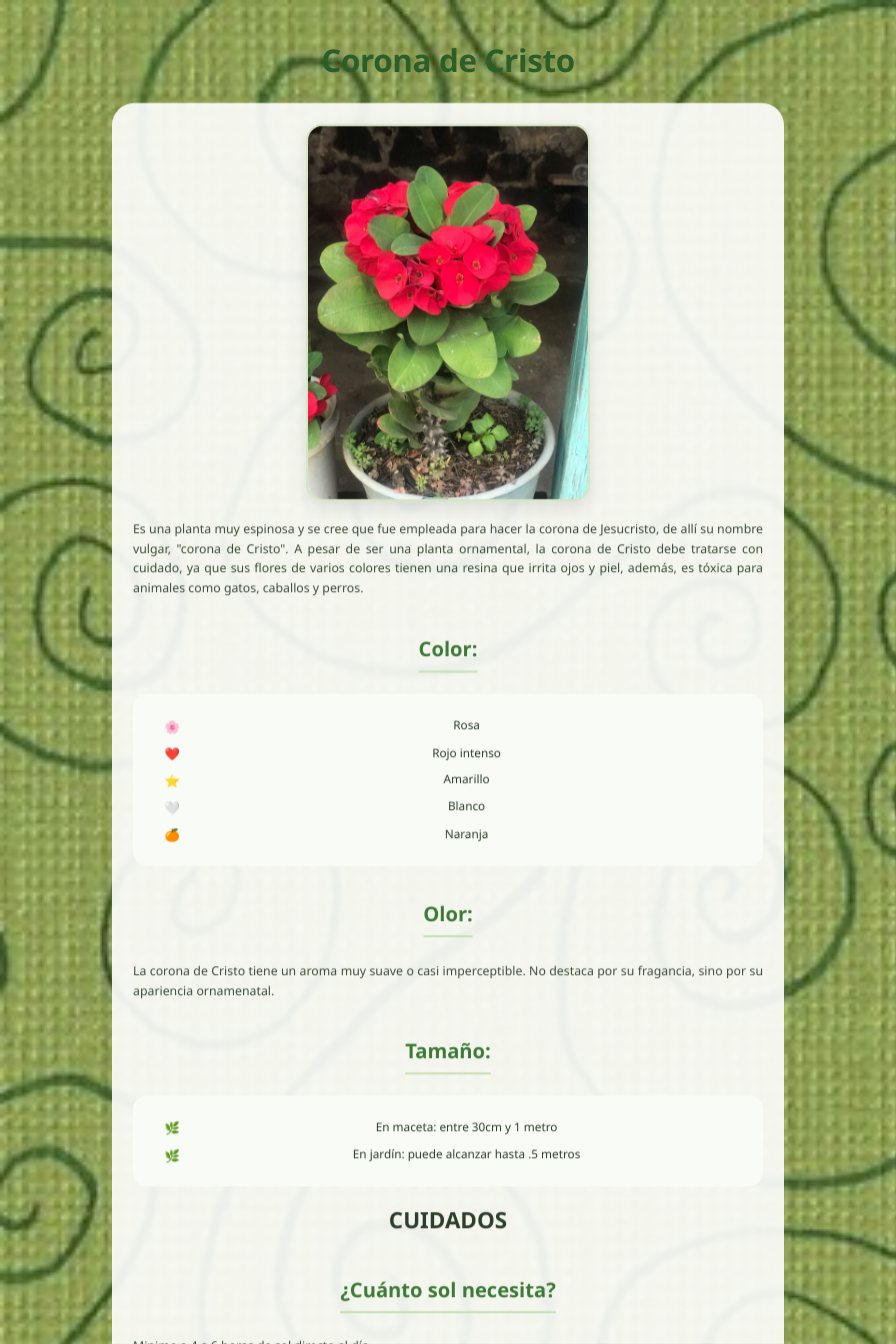
Repository: carrascokarencb37-afk/Nuura
Page: html/guiaPlant/planta1.html
The author's editor kept a copy of each file at every save. The page is drawn from the files as they stood at one save, then again after the next save.
The browser window is 1280 px wide. The pictures show the part of the page from y = 0 to 1920 px (the page is 3442 px tall), at 70% of full size.

Above is the page before, as saved 2026-05-22 23:16:17.

After the next save:
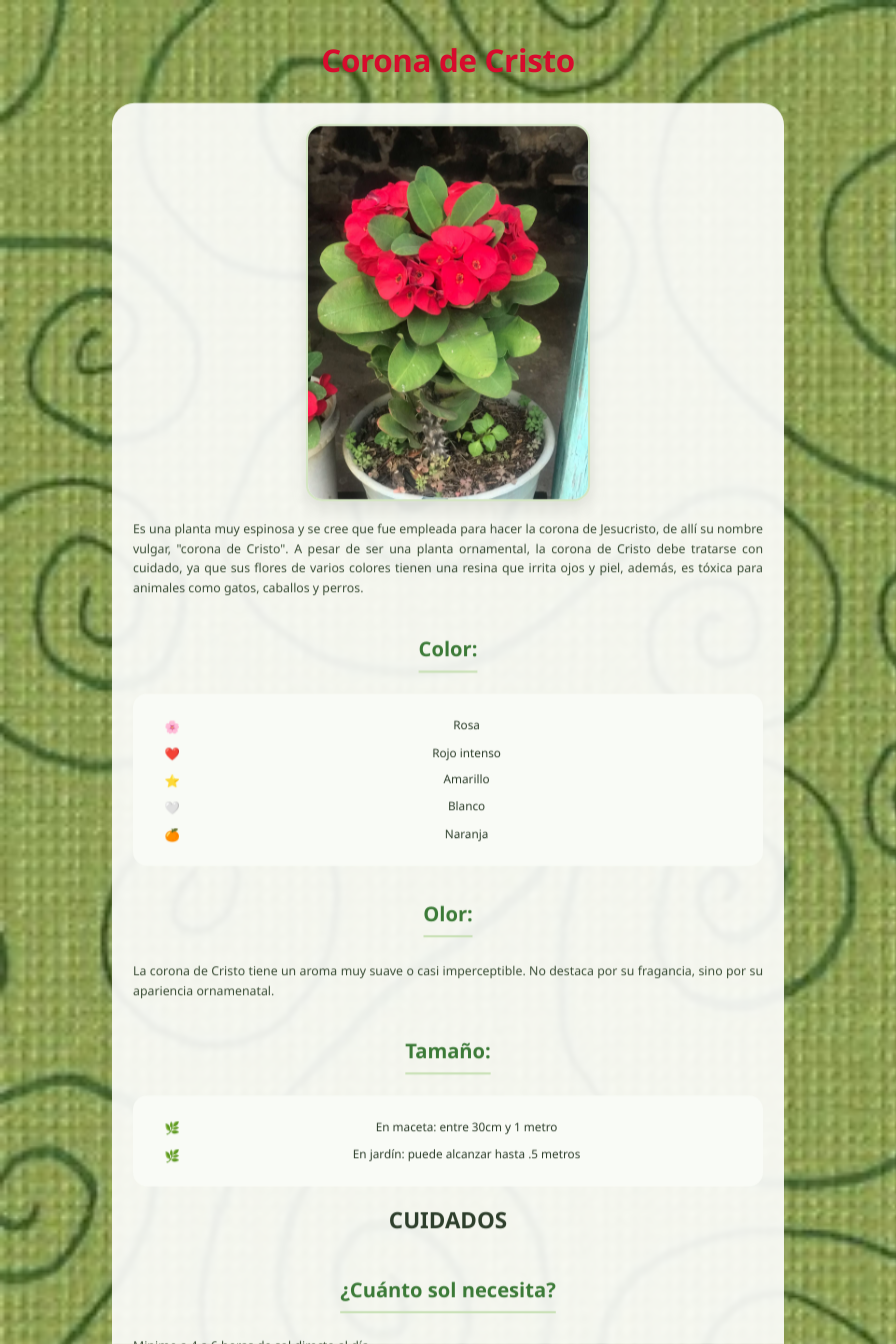
Saved 23 s later.
--- a/css/guiasPlant.css
+++ b/css/guiasPlant.css
@@ -35,7 +35,7 @@ body {
 .titulo {
     text-align: center;
     font-size: 2.8rem;
-    color: #2c5e2a;
+    color: #d70b2d;
     margin-bottom: 25px;
     font-weight: 600;
     letter-spacing: -0.5px;
